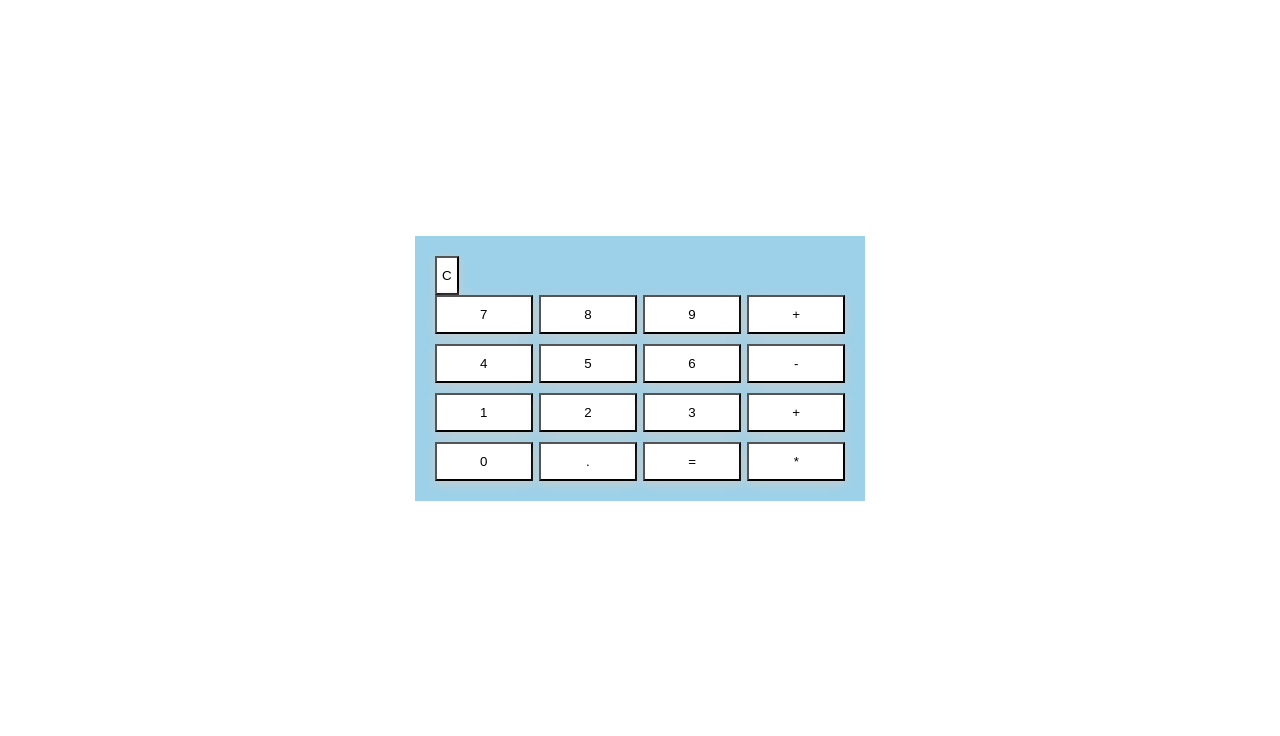
Repository: sem1103/calculator
Page: index.html
The author's editor kept a copy of each file at every save. The page is drawn from the files as they stood at one save, then again after the next save.
The browser window is 1280 px wide. The pictures show the whole page.

Above is the page before, as saved 2023-11-01 19:45:01.

### index.html
<!DOCTYPE html>
<html lang="en">

<head>
    <meta charset="UTF-8">
    <meta name="viewport" content="width=device-width, initial-scale=1.0">
    <title>Calc</title>
    <style>
        .calc__container {
            display: flex;
            justify-content: center;
            height: 100vh;
            align-items: center;
        }

        .calc__wrapper {
            max-width: 900px;
            background-color: #9cd1e9;
            padding: 20px;
        }

        .calc__main {
            display: flex;
            flex-direction: row;
            flex-wrap: wrap;
            justify-content: space-between;
            row-gap: 10px;
            column-gap: 5px;

        }

        button {
            padding: 10px 5px;
            text-align: center;
            background-color: #fff;
            box-shadow: 0 3px 10px #ccc;
            flex-basis: calc(25% - 5px);

        }
    </style>
</head>

<body>
    <div class="calc__container">
        <div class="calc__wrapper">
            <div class="calc__header">
                <button>C</button>
                <div class="calc__display">

                </div>
            </div>
            <div class="calc__main">
                <button>7</button>
                <button>8</button>
                <button>9</button>
                <button>+</button>
                <button>4</button>
                <button>5</button>
                <button>6</button>
                <button>-</button>
                <button>1</button>
                <button>2</button>
                <button>3</button>
                <button>+</button>
                <button>0</button>
                <button>.</button>
                <button>=</button>
                <button>*</button>
            </div>
        </div>
    </div>
</body>

</html>

After the next save:
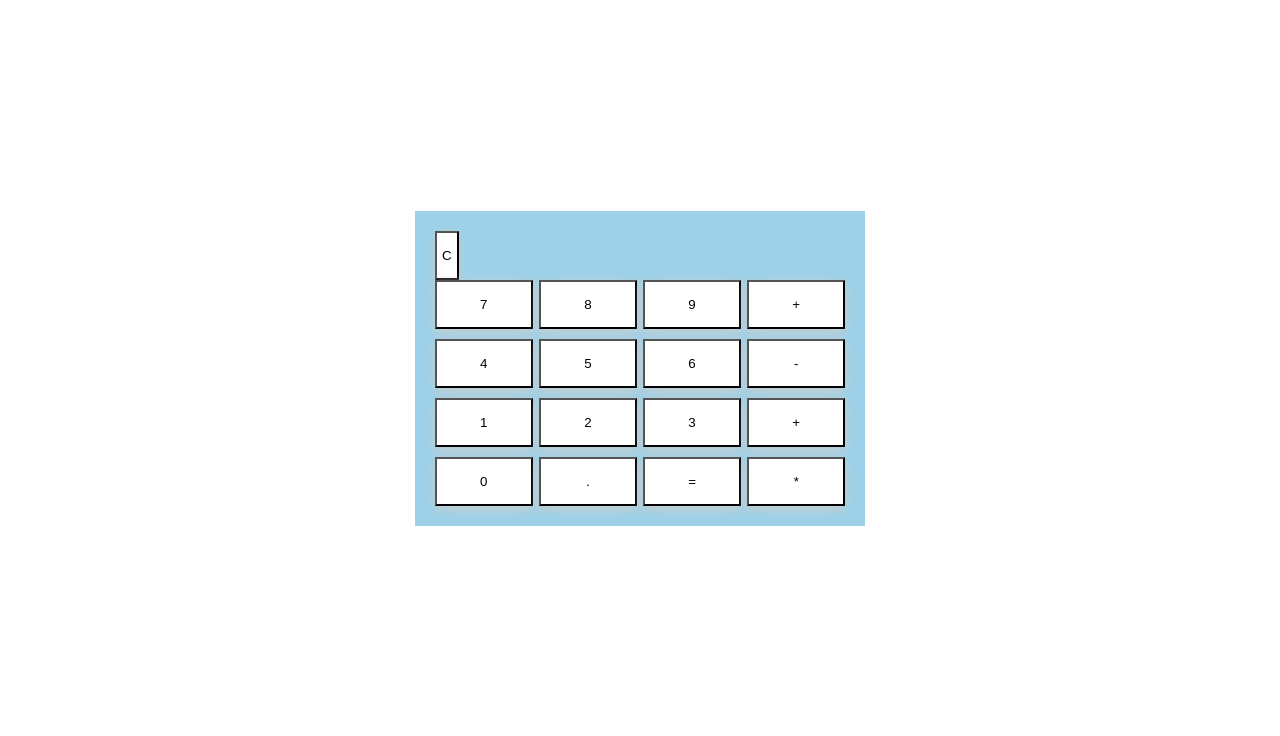
Saved 6 s later.
--- a/index.html
+++ b/index.html
@@ -30,7 +30,7 @@
         }
 
         button {
-            padding: 10px 5px;
+            padding: 15px 5px;
             text-align: center;
             background-color: #fff;
             box-shadow: 0 3px 10px #ccc;
